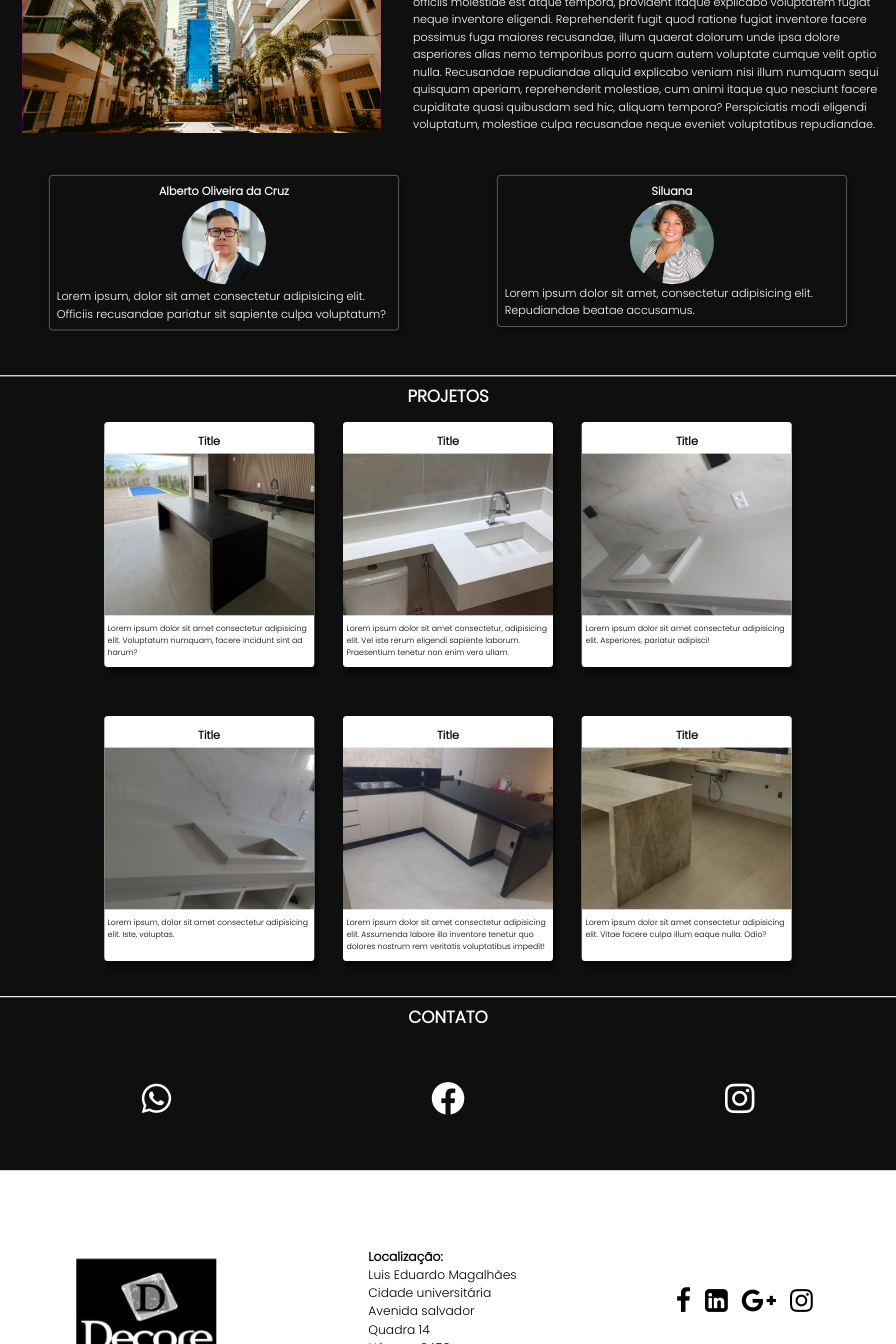
Repository: XFERRER7/projeto-xt7
Page: projetoMarmoraria/index.html
These files come from the project's save history. The page is drawn as it stood at one moment and after the next save; the edit follows.
The browser window is 1280 px wide. The pictures show the part of the page from y = 930 to 2850 px (the page is 3022 px tall before and 3024 px after), at 70% of full size.
Some web libraries are served in a nearby version.

Above is the page before, as saved 2022-05-10 15:44:25.

### projetoMarmoraria/index.html
<!DOCTYPE html>
<html lang="pt-br">

<head>
  <meta charset="UTF-8">
  <meta http-equiv="X-UA-Compatible" content="IE=edge">
  <meta name="viewport" content="width=device-width, initial-scale=1.0">
  <title>Marmoraria Decore</title>
  <link rel="stylesheet" href="css/style.css">
  <link rel="stylesheet" href="https://cdnjs.cloudflare.com/ajax/libs/font-awesome/6.1.1/css/all.min.css"
    integrity="sha512-KfkfwYDsLkIlwQp6LFnl8zNdLGxu9YAA1QvwINks4PhcElQSvqcyVLLD9aMhXd13uQjoXtEKNosOWaZqXgel0g=="
    crossorigin="anonymous" referrerpolicy="no-referrer" />
  <link rel="stylesheet" href="https://cdnjs.cloudflare.com/ajax/libs/font-awesome/6.1.1/css/solid.min.css"
    integrity="sha512-qzgHTQ60z8RJitD5a28/c47in6WlHGuyRvMusdnuWWBB6fZ0DWG/KyfchGSBlLVeqAz+1LzNq+gGZkCSHnSd3g=="
    crossorigin="anonymous" referrerpolicy="no-referrer" />
  <link rel="stylesheet" href="https://cdnjs.cloudflare.com/ajax/libs/font-awesome/4.7.0/css/font-awesome.min.css" />

</head>

<body>

  <!-- ----------------------------------------------------------------------------------------------------------------- -->


  <!-- HEADER -->
  <header>
    <nav>
      <a class="logo" href="#">MARMORARIA <span id="decore">DECORE</span></a>
      <div class="mobile-menu">
        <div class="line1"></div>
        <div class="line2"></div>
        <div class="line3"></div>
      </div>
      <ul class="nav-list">
        <li><a href="#">Início</a></li>
        <li><a href="#">Sobre</a></li>
        <li><a href="#">Projetos</a></li>
        <li><a href="#">Contato</a></li>
      </ul>
    </nav>
    <div class="hero-section">
      <div class="hero-section-text">
        <h1 id="titulo-header">MARMORES SOB MEDIDA</h1>
        <p id="paragrafo-header">Lorem ipsum, dolor sit amet consectetur adipisicing elit.</p>
      </div>
    </div>
  </header>
  <!-- FIM DO HEADER -->


  <!-- ----------------------------------------------------------------------------------------------------------------- -->


  <!-- MAIN -->
  <main>

    <!-- SECTION B -->
    <section class="section-b">
      <h1 id="section-b-h1">SOBRE</h1>


      <!-- SOBRE PARA CELULAR -->
      <div class="cel">
        <div class="card" id="card-1"></div>
        <p class="text-sobre">Lorem ipsum dolor sit amet consectetur adipisicing elit. Aspernatur maxime illo architecto
          repellendus. Voluptatum ab magnam nihil suscipit, error quod iste dicta, quisquam fugiat, veritatis veniam
          aspernatur modi! Commodi aut officia optio reprehenderit hic sunt aspernatur ipsam minus, dicta qui omnis,
          ratione voluptatem quas sint labore. Temporibus id distinctio asperiores natus omnis earum amet. Obcaecati
          atque, a placeat necessitatibus dolorum labore rerum veritatis adipisci unde itaque iusto, voluptate quis
          tenetur voluptatibus doloremque at voluptates commodi! Ex recusandae repellat iste modi sapiente? Minus, ullam
          ad quia pariatur delectus quaerat velit sit labore aspernatur consequuntur possimus ipsum ipsam, vero ea
          expedita in sequi? Consequuntur iusto repellendus minus hic velit eum, veritatis molestias, sequi, laborum
          nisi consequatur. Dolore, amet placeat. Molestias molestiae aperiam soluta voluptatum odit voluptatem atque,
          repellendus asperiores maiores libero. Nulla odio alias reiciendis dolore cum deleniti beatae autem molestias
          earum minima accusamus nesciunt nostrum quos fugiat cupiditate molestiae, veniam doloremque.</p>
      </div>


      <!-- SOBRE PARA TELAS MAIORES -->
      <div class="imgtext">
        <div id="imgtext-img">
          <div id="content-imgtext-img"></div>
        </div>
        <div id="imgtext-text">
          <div id="content-imgtext-text">
            <p id="content-imgtext-text-p">Lorem ipsum dolor sit amet consectetur adipisicing elit. Odio non, itaque
              quae ut voluptas culpa quod amet dignissimos repellat consequuntur atque enim, nobis, commodi rerum. Quae
              iste repellat voluptatibus dignissimos numquam magnam et vel ratione temporibus, esse nihil eveniet a
              aperiam saepe enim debitis provident! Iure a accusantium voluptate doloribus, velit qui eum porro dicta
              ipsam quos facilis, id officiis molestiae est atque tempora, provident itaque explicabo voluptatem fugiat
              neque inventore eligendi. Reprehenderit fugit quod ratione fugiat inventore facere possimus fuga maiores
              recusandae, illum quaerat dolorum unde ipsa dolore asperiores alias nemo temporibus porro quam autem
              voluptate cumque velit optio nulla. Recusandae repudiandae aliquid explicabo veniam nisi illum numquam
              sequi quisquam aperiam, reprehenderit molestiae, cum animi itaque quo nesciunt facere cupiditate quasi
              quibusdam sed hic, aliquam tempora? Perspiciatis modi eligendi voluptatum, molestiae culpa recusandae
              neque eveniet voluptatibus repudiandae.</p>
          </div>
        </div>

      </div>

      <div class="container-about-person">

        <div class="about-person">
          <h4>Alberto Oliveira da Cruz</h4>
          <div class="img-person" id="person-1"></div>
          <p class="p-about-person">Lorem ipsum, dolor sit amet consectetur adipisicing elit. Officiis recusandae
            pariatur sit sapiente culpa voluptatum?</p>
        </div>

        <div class="about-person">
          <h4>Siluana</h4>
          <div class="img-person" id="person-2"></div>
          <p>Lorem ipsum dolor sit amet, consectetur adipisicing elit. Repudiandae beatae accusamus.</p>
        </div>

      </div>
    </section>


    <div class="divisa"></div>


    <!-- SECTION A -->
    <section class="section-a">
      <h1 id="section-a-h1">PROJETOS</h1>

      <!-- Container dos cards -->
      <div class="container-cards-main">

        <!-- Card 1 -->
        <div class="card-main">
          <h4 class="title-card">Title</h4>
          <div id="card-img-1"></div>
          <p class="descricao-card">Lorem ipsum dolor sit amet consectetur adipisicing elit. Voluptatum numquam, facere
            incidunt sint ad harum?</p>
        </div>

        <!-- Card 2 -->
        <div class="card-main">
          <h4 class="title-card">Title</h4>
          <div id="card-img-2"></div>
          <p class="descricao-card">Lorem ipsum dolor sit amet consectetur, adipisicing elit. Vel iste rerum eligendi
            sapiente laborum. Praesentium tenetur non enim vero ullam.</p>
        </div>

        <!-- Card 3 -->
        <div class="card-main">
          <h4 class="title-card">Title</h4>
          <div id="card-img-3"></div>
          <p class="descricao-card">Lorem ipsum dolor sit amet consectetur adipisicing elit. Asperiores, pariatur
            adipisci!</p>
        </div>

        <!-- Card 4 -->
        <div class="card-main">
          <h4 class="title-card">Title</h4>
          <div id="card-img-4"></div>
          <p class="descricao-card">Lorem ipsum, dolor sit amet consectetur adipisicing elit. Iste, voluptas.</p>
        </div>

        <!-- Card 5 -->
        <div class="card-main">
          <h4 class="title-card">Title</h4>
          <div id="card-img-5"></div>
          <p class="descricao-card">Lorem ipsum dolor sit amet consectetur adipisicing elit. Assumenda labore illo
            inventore tenetur quo dolores nostrum rem veritatis voluptatibus impedit!</p>
        </div>

        <!-- Card 6 -->
        <div class="card-main">
          <h4 class="title-card">Title</h4>
          <div id="card-img-6"></div>
          <p class="descricao-card">Lorem ipsum dolor sit amet consectetur adipisicing elit. Vitae facere culpa illum
            eaque nulla. Odio?</p>
        </div>
      </div>
    </section>



    <div class="divisa"></div>


    <!-- SECTION C -->
    <section class="section-c">
      <h1 id="section-c-h1">CONTATO</h1>
      <div id="main-div-img">
        <a href="#"><i class="fa-brands fa-whatsapp"></i></a>
        <a href="#"><i class="fa-brands fa-facebook"></i></a>
        <a href="#"><i class="fa-brands fa-instagram"></i></a>
      </div>
    </section>

  </main>
  <!-- FIM DO MAIN -->

  <!-- ----------------------------------------------------------------------------------------------------------------- -->

  <footer>
    <div class="container-footer">

      <div class="footer-up">
        <div class="footer-a block-footer-up">
          <div id="img-footer"></div>
        </div>
        <div class="footer-b block-footer-up">
          <h4>Localização:</h4>
          <p class="footer-b-p">Luis Eduardo Magalhães</p>
          <p class="footer-b-p">Cidade universitária</p>
          <p class="footer-b-p">Avenida salvador</p>
          <p class="footer-b-p">Quadra 14</p>
          <p class="footer-b-p">Número 2458</p>
          <p class="footer-b-p">Lote 1</p>
        </div>
        <div class="footer-c block-footer-up">
          <ul class="footer-c-list">
            <li><a href="#" class="medias"><i class="fa fa-facebook"></i></a></li>
            <li><a href="#" class="medias"><i class="fa fa-linkedin-square"></i></a></li>
            <li><a href="#" class="medias"><i class="fa fa-google-plus"></i></a></li>
            <li><a href="#" class="medias"><i class="fa fa-instagram"></i></a></li>
          </ul>
        </div>
      </div>

      <div id="footer-sub">
        <p>Copyright &copy; Desenvolvido por <span>Alexandre Talles</span></p>
      </div>






    </div>
  </footer>
  <script src="js/menu-bar.js"></script>
  <script src="js/changeText.js"></script>

</body>

</html>

### projetoMarmoraria/css/style.css
@import url('https://fonts.googleapis.com/css2?family=Poppins:ital,wght@0,300;1,100&display=swap');
@import url('https://fonts.googleapis.com/css2?family=Barlow:ital,wght@1,500&display=swap');

* {
  margin: 0;
  padding: 0;
  box-sizing: border-box;
  font-family: 'Poppins', sans-serif;
}

body {
  background-color: #0f0f0f;
  color: #ffffff;
}

::-webkit-scrollbar {
  width: 15px;
}

::-webkit-scrollbar-track {
  background: #000000;

}

::-webkit-scrollbar-thumb {
  background: rgb(154, 2, 255);
  border-radius: 3px;
}

/*----------------------------------MENU-BAR----------------------------------*/
nav a {
  color: #ffffff;
  text-decoration: none;
  transition: 0.8s;
}

nav a:hover {
  color: blue;
  opacity: 0.7;
}

.logo {
  font-size: 1.5em;
  text-transform: uppercase;
  color: #ffffff;
}

#decore {
  font-family: 'Barlow', sans-serif;
  color: #6817ff;
}

nav {
  display: flex;
  justify-content: space-around;
  align-items: center;
  font-family: 'Poppins', sans-serif;
  background: #111111;
  color: #ededed;
  height: 10vh;
  position: sticky;
  top: 0;
}


.nav-list {
  list-style: none;
  display: flex;
}

.nav-list li {
  letter-spacing: 3px;
  margin-left: 32px;
}

.mobile-menu {
  display: none;
  cursor: pointer;
}

.mobile-menu div {
  width: 32px;
  height: 2px;
  background: rgb(20, 24, 255);
  margin: 8px;
  transition: 0.3s;
}

@media (max-width: 999px) {
  body {
    overflow-x: hidden;
  }

  .nav-list {
    overflow-x: hidden;
    position: fixed;
    top: 10vh;
    right: 0;
    width: 50vw;
    height: 40vh;
    background: #161616;
    flex-direction: column;
    align-items: center;
    justify-content: space-around;
    transform: translateX(100%);
    transition: transform 0.3s ease-in;
  }

  .nav-list li {
    margin-left: 0;
    opacity: 0;
  }

  .mobile-menu {
    display: block;
  }
}

@media (max-width: 300px) {
  .logo {
    font-size: 0.8rem;
  }
}

.nav-list.active {
  transform: translateX(0);
}

@keyframes navLinkFade {
  from {
    opacity: 0;
    transform: translateX(50px);
  }

  to {
    opacity: 1;
    transform: translateX(0);
  }
}

.mobile-menu.active .line1 {
  transform: rotate(-45deg) translate(-8px, 8px);
}

.mobile-menu.active .line2 {
  opacity: 0;
}

.mobile-menu.active .line3 {
  transform: rotate(45deg) translate(-5px, -7px);
}

/*------------------------------IMAGEM DO HEADER------------------------------*/
.hero-section {
  background-image: linear-gradient(to bottom, rgba(0, 0, 0, 0.516), rgba(0, 0, 0, 0.516)), url(../img/img-header.jpg);
  background-position: 50%;
  background-repeat: no-repeat;
  background-size: cover;
  height: 90vh;
  text-align: center;
  display: -webkit-flex;
  display: -ms-flexbox;
  display: flex;
  -webkit-align-items: center;
  -ms-flex-align: center;
  align-items: center;
  -webkit-justify-content: center;
  -ms-flex-pack: center;
  justify-content: center;
}

#titulo-header {
  font-size: 2.3rem;
}

#paragrafo-header {
  font-size: 0.8rem;
}

.hero-section .hero-section-text {
  color: #fefefe;
  text-shadow: 1px 1px 2px #0a0a0a;
}


main {
  margin: 0;
  padding: 0;
  width: 100%;
}

/*------------------------------------Sobre------------------------------------*/

.section-b {
  background-color: #0f0f0f;
  color: #ffffff;
  margin-bottom: 5%;
}

#section-b-h1 {
  text-align: center;
  padding-top: 10px;
}

.imgtext {
  display: flex;
  margin-top: 10px;
  margin-bottom: 10px;
  height: 55%;
  margin-top: 30px;
}

#imgtext-img {
  width: 50%;
}

#imgtext-text {
  height: 100%;
  width: 50%;

}

#content-imgtext-img {
  background-color: #cd06ff;
  background-image: url(../img/img-sobre.jpg);
  background-position: center;
  background-repeat: no-repeat;
  background-size: cover;
  height: 100%;
  width: 80%;
  margin-left: 5%;
}

#content-imgtext-text {
  margin-left: -50px;
}



@media (max-width: 999px) {

  .imgtext {
    display: none;
  }

  div.card {
    width: 90%;
    height: 250px;
    background-color: #000000;
    margin: 10px 20px 0px 0px;
    background-size: cover;
    background-position: center center;
    border-radius: 5px;
  }

  div.card:hover {
    transform: scale(1.05);
    transition: all 0.5s ease-in-out;
  }

  #card-1 {
    background-image: url(../img/img-sobre.jpg);
    margin-left: 20px;
  }

  .text-sobre {
    padding: 1.2rem;
    margin: auto;
  }


}

@media (min-width: 999px) {
  .card {
    display: none;
  }

  .cel {
    display: none;
  }

}

.divisa {
  height: 2px;
  background-color: #ffffff;
}

.container-about-person {
  display: flex;
  flex-wrap: wrap;
  margin-top: 45px;
}

.about-person {
  background-color: #0f0f0f;
  border: 1px solid gray;
  color: #ffffff;
  box-shadow: 2px 2px 8px rgba(0, 0, 0, 0.438);
  border-radius: 5px;
  min-height: 200px;
  width: 500px;
  margin: auto;
  display: flex;
  align-items: center;
  justify-content: center;
  flex-direction: column;
  padding: 10px;
  margin-top: 15px;
}

.img-person {
  background-position: center top;
  background-repeat: no-repeat;
  background-size: cover;
  border-radius: 50%;
  width: 120px;
  height: 120px;
}

.p-about-person {
  margin-top: 5px;
}

/*Arrumar img-person*/

#person-1 {
  background-image: url(../img/ceo-1.jpg);
}

#person-2 {
  background-image: url(../img/ceo-2.jpg);
  background-position: center;
}

/*------------------------------Projetos------------------------------*/

.section-a {
  background-color: #0f0f0f;
}

#section-a-h1 {
  text-align: center;
  padding-top: 10px;
}

.container-cards-main {
  width: 80%;
  margin: auto;
  display: flex;
  flex-wrap: wrap;
}

.card-main {
  height: 350px;
  background-color: rgb(255, 255, 255);
  color: #000000;
  width: 300px;
  margin: 20px auto;
  margin-bottom: 50px;
  border-radius: 5px;
  padding: 10px 0px 10px 0px;
  box-shadow: 5px 10px 5px rgba(0, 0, 0, 0.404);
  transition: all 0.8s ease;

}

.card-main:hover {
  transform: scale(1.03);
}


.title-card {
  padding: 5px;
  text-align: center;
}

.descricao-card {
  padding: 10px 5px 10px 5px;
  font-size: 0.7rem;

}

#card-img-1 {
  height: 70%;
  background-image: url(../img/1.jpeg);
  background-position: center center;
  background-repeat: no-repeat;
  background-size: cover;
}

#card-img-2 {
  height: 70%;
  background-image: url(../img/2.jpeg);
  background-position: center center;
  background-repeat: no-repeat;
  background-size: cover;
}

#card-img-3 {
  height: 70%;
  background-image: url(../img/3.jpeg);
  background-position: center center;
  background-repeat: no-repeat;
  background-size: cover;
}

#card-img-4 {
  height: 70%;
  background-image: url(../img/4.jpeg);
  background-position: bottom center;
  background-repeat: no-repeat;
  background-size: cover;
}

#card-img-5 {
  height: 70%;
  background-image: url(../img/5.jpeg);
  background-position: center center;
  background-repeat: no-repeat;
  background-size: cover;
}

#card-img-6 {
  height: 70%;
  background-image: url(../img/6.jpeg);
  background-position: center center;
  background-repeat: no-repeat;
  background-size: cover;
}

@media (max-width: 999px) {
  .card-main {
    height: 450px;
    width: 400px;


  }

}

/*-----------------------------------Contato-----------------------------------*/

.section-c {
  background-color: #0f0f0f;

}

#section-c-h1 {
  text-align: center;
  padding-top: 10px;
  margin-bottom: 50px;
}

#main-div-img {
  display: grid;
  grid-template-columns: repeat(3, 1fr);
  font-size: 3rem;
  justify-items: center;
  padding: 15px;
  margin-bottom: 50px;
}

#main-div-img a {
  color: #ffffff;
}

.div-img {
  display: inline-block;
  width: 25%;
  text-align: center;
}

.div-linha {
  height: 2px;
  width: 100%;
}

.media {
  text-align: center;
}

/*-----------------------------------Footer-----------------------------------*/

footer {
  background-color: #ffffff;
  color: #000000;
}

.container-footer {
  background-color: #ffffff;
  color: #000000;
  font-size: 0.8rem;
  display: flex;
  align-items: center;
  justify-content: center;
  flex-direction: column;
}

.footer-up {
  background-color: #ffffff;
  color: #000000;
  height: 98%;
  width: 100%;
  display: flex;
  align-items: center;
  flex-direction: row;
}

.block-footer-up {
  padding: 10px;
  margin: 100px auto;
  font-size: 1.1rem;
}

#footer-sub {
  background-color: #000000;
  color: #ffffff;
  width: 100%;
  text-align: center;
}

#img-footer {
  background-image: url(../img/img-footer.jpeg);
  background-repeat: no-repeat;
  background-position: center;
  background-size: cover;
  height: 150px;
  width: 200px;
}

.footer-c-list {
  list-style: none;
  display: flex;
  align-items: center;
  justify-content: center;
  margin: 1rem 0 3rem 0;
}

.footer-c-list li {
  margin: 0 10px;
}

.footer-c-list a {
  background-color: #ffffff;
  color: #000000;
  text-decoration: none;
}

.footer-c-list a:hover i {
  color: #f01872;
  transition: 0.5s ease;
}

.medias {
  font-size: 38px;
}

@media (max-width: 999px) {
  .footer-up {
    flex-direction: column;
  }

  .block-footer-up {
    padding: 10px;
    margin: 10px auto;
  }

}

### projetoMarmoraria/js/menu-bar.js
class MobileNavbar {
  constructor(mobileMenu, navList, navLinks) {
    this.mobileMenu = document.querySelector(mobileMenu);
    this.navList = document.querySelector(navList);
    this.navLinks = document.querySelectorAll(navLinks);
    this.activeClass = "active";

    this.handleClick = this.handleClick.bind(this);
  }

  animateLinks() {
    this.navLinks.forEach((link, index) => {
      link.style.animation
        ? (link.style.animation = "")
        : (link.style.animation = `navLinkFade 0.5s ease forwards ${
            index / 7 + 0.3
          }s`);
    });
  }

  handleClick() {
    this.navList.classList.toggle(this.activeClass);
    this.mobileMenu.classList.toggle(this.activeClass);
    this.animateLinks();
  }

  addClickEvent() {
    this.mobileMenu.addEventListener("click", this.handleClick);
  }

  init() {
    if (this.mobileMenu) {
      this.addClickEvent();
    }
    return this;
  }
}

const mobileNavbar = new MobileNavbar(
  ".mobile-menu",
  ".nav-list",
  ".nav-list li",
);
mobileNavbar.init();

### projetoMarmoraria/js/changeText.js
function mudarTextoLbl1() {
  document.getElementById('descricao').textContent = "Lorem ipsum dolor sit amet consectetur adipisicing elit. Hic, nisi exercitationem harum officia facilis nihil vitae eligendi provident architecto quis quod unde quas incidunt assumenda corporis iste repudiandae esse voluptatibus?";
}
function mudarTextoLbl2() {
  document.getElementById('descricao').textContent = "Lorem ipsum dolor sit, amet consectetur adipisicing elit. Sapiente distinctio ipsa incidunt non exercitationem laboriosam animi id accusamus placeat, commodi, veniam rerum ut! Fugiat tenetur unde nihil minima fuga veniam odio nulla pariatur eum reiciendis.";
}
function mudarTextoLbl3() {
  document.getElementById('descricao').textContent = "Lorem ipsum dolor sit amet consectetur adipisicing elit. Quas nisi saepe nobis? Maxime blanditiis illo animi tempora maiores expedita qui eum, iusto, ratione odit quia repellendus delectus voluptate nobis nam tenetur, officiis magnam quisquam fugiat dicta nisi id natus. Magnam.";
}
function mudarTextoLbl4() {
  document.getElementById('descricao').textContent = "Lorem ipsum dolor sit amet, consectetur adipisicing elit. Quos eius dolor libero iste impedit nesciunt animi totam corporis id quod.";
}
function mudarTextoLbl5() {
  document.getElementById('descricao').textContent = "Lorem ipsum dolor sit amet, consectetur adipisicing elit. Obcaecati nulla quos quia? Consectetur laudantium illum asperiores excepturi. Itaque ab, rem tempore ullam, fugit aspernatur est alias quaerat expedita nulla, unde recusandae dolore quidem reiciendis atque?";
}

After the next save:
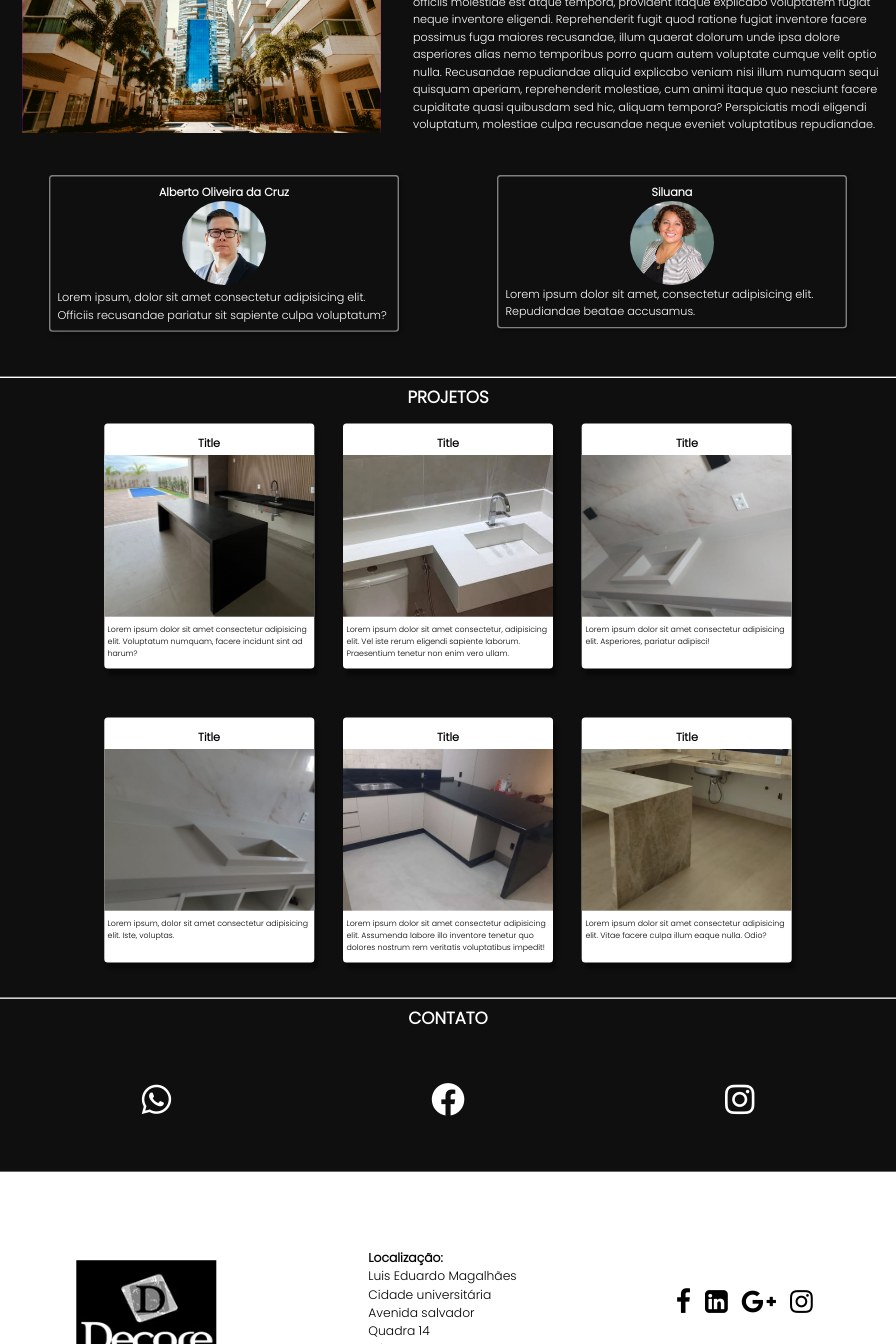
Saved 7 s later.
--- a/projetoMarmoraria/css/style.css
+++ b/projetoMarmoraria/css/style.css
@@ -295,7 +295,7 @@ main {
 
 .about-person {
   background-color: #0f0f0f;
-  border: 1px solid gray;
+  border: 2px solid gray;
   color: #ffffff;
   box-shadow: 2px 2px 8px rgba(0, 0, 0, 0.438);
   border-radius: 5px;
